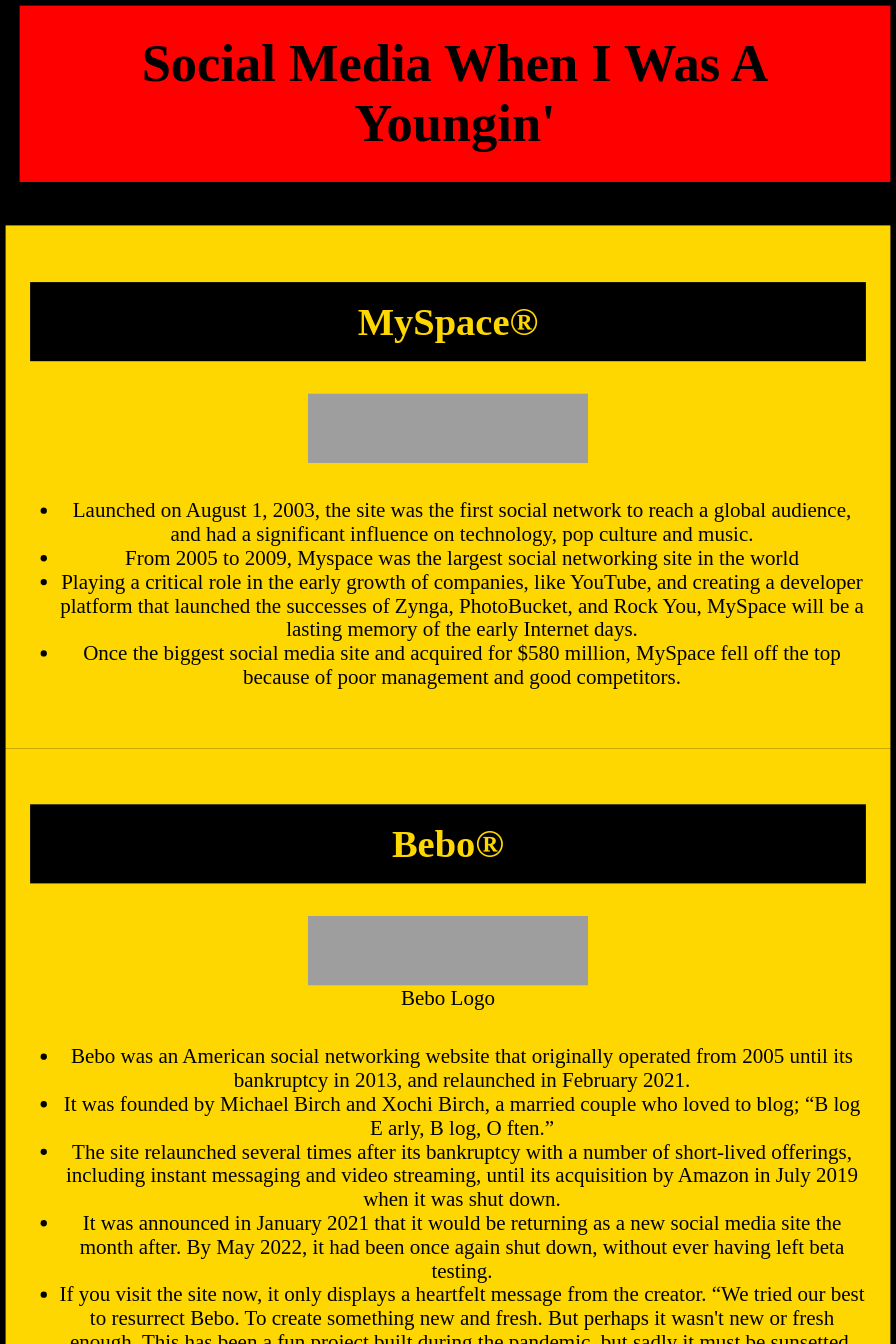
Repository: AndrewGrantt/LC101
Page: LC101/js-assignment-4-html-me-something-buffylow/index.html
These files come from the project's save history. The page is drawn as it stood at one moment and after the next save; the edit follows.
The browser window is 1280 px wide. The pictures show the part of the page from y = 0 to 1920 px (the page is 3582 px tall before and 3564 px after), at 70% of full size.
Pictures or frames that could not be fetched are drawn as grey boxes.

Above is the page before, as saved 2022-07-15 08:13:57.

After the next save:
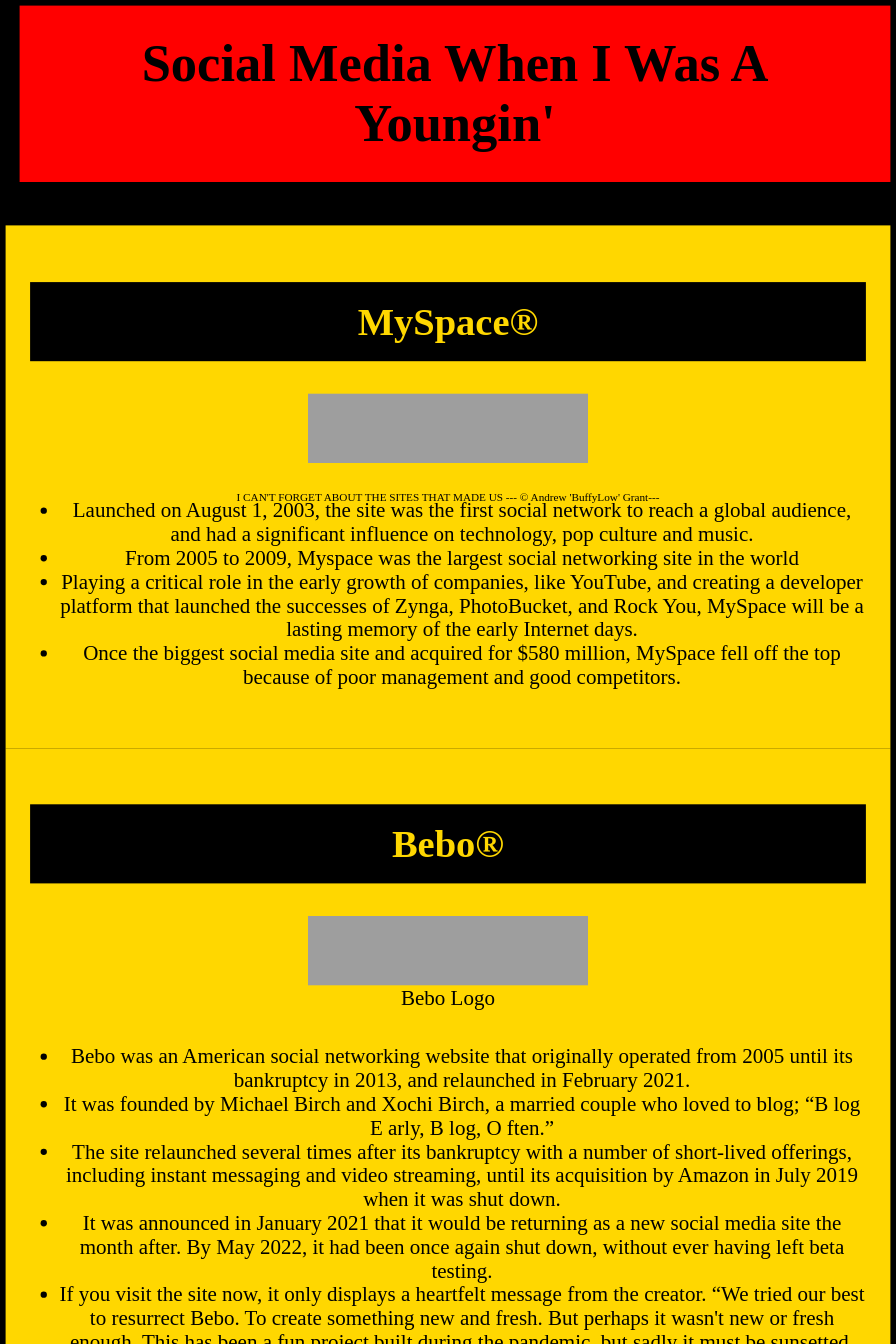
Saved 4 min 43 s later.
--- a/LC101/js-assignment-4-html-me-something-buffylow/styles.css
+++ b/LC101/js-assignment-4-html-me-something-buffylow/styles.css
@@ -47,3 +47,7 @@
       color:black;
       text-align:center;
   }
+  footer {
+    position: absolute;
+    right: 0;bottom:0;left:0;
+  }
